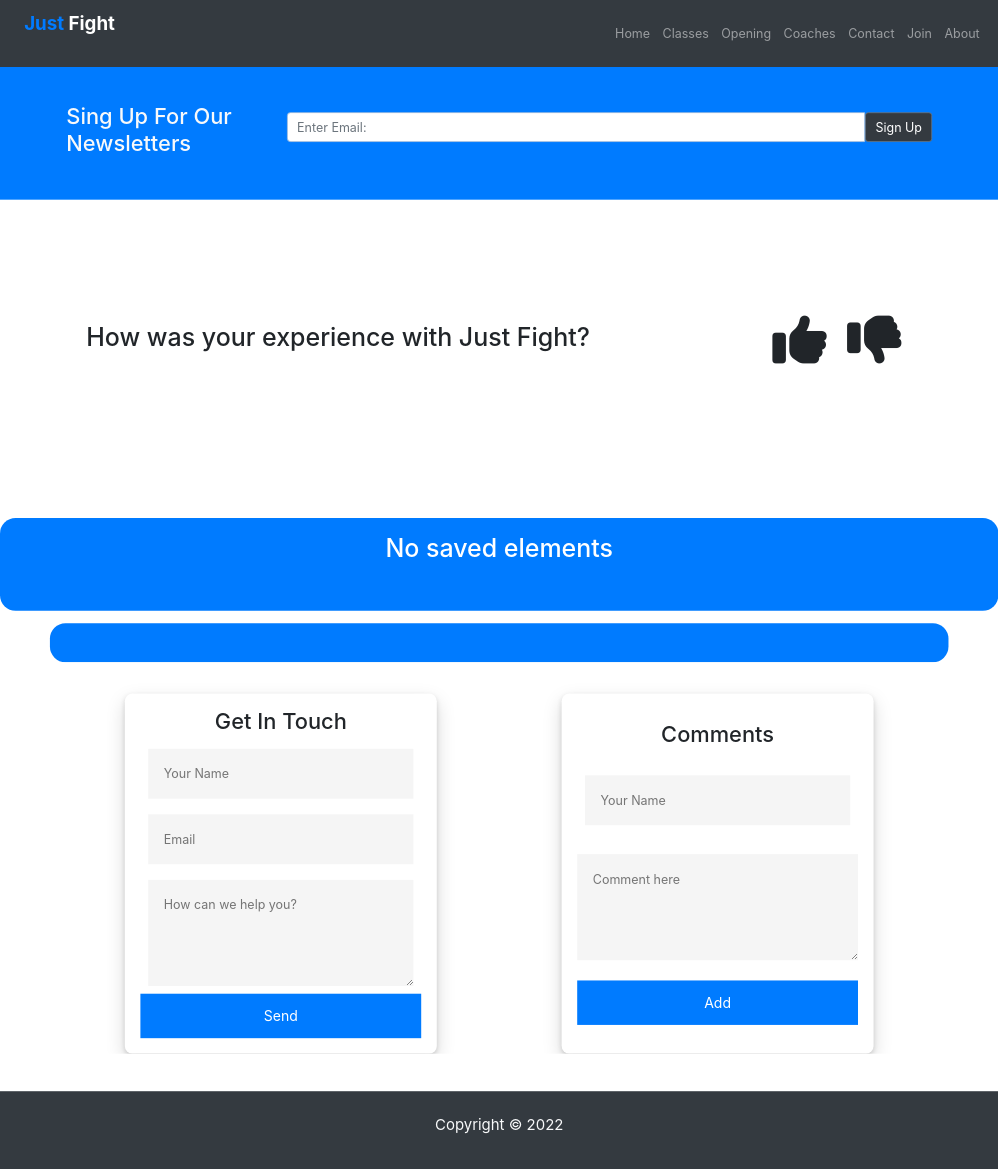
Repository: IonPara/Just-Fight
Page: review.html
An editor plug-in stored every save of this project. The page is shown before and after the next save, followed by the edit.
The browser window is 1280 px wide. The pictures show the whole page, at 78% of full size.
Some web libraries are served in a nearby version.

Above is the page before, as saved 2023-03-13 16:58:17.
Console error: ReferenceError: emailjs is not defined

### review.html
<!DOCTYPE html>
<html lang="en">

<head>
  <meta charset="utf-8">
  <meta name="viewport" content="width=device-width, initial-scale=1.0">
  <title>Review</title>
  <link href="./Styles/styles.css" rel="stylesheet" type="text/css">
  <link href="./Styles/review.css" rel="stylesheet" type="text/css">
  <link href="./Styles/about.css" rel="stylesheet" type="text/css">
  <!-- Bootstrap link -->
  <link rel="stylesheet" href="https://cdn.jsdelivr.net/npm/bootstrap@4.2.1/dist/css/bootstrap.min.css"
    integrity="sha384-GJzZqFGwb1QTTN6wy59ffF1BuGJpLSa9DkKMp0DgiMDm4iYMj70gZWKYbI706tWS" crossorigin="anonymous">
  <script defer src="./Js/script.js"></script>
</head>

<body>
  <header>
    <!-- ------------Nav bar ------------------------>
    <nav class="navbar navbar-expand-lg navbar-dark bg-dark fixed-top">
      <div class="container pb-4">
        <a class="navbar-brand " id="brand" href="./index.html"><span class="text-primary">Just </span> Fight</a>
        <button class="navbar-toggler" type="button" data-toggle="collapse" data-target="#navbarSupportedContent"
          aria-controls="navbarSupportedContent" aria-expanded="false" aria-label="Toggle navigation">
          <span class="navbar-toggler-icon"></span>
        </button>
      </div>
      <!-- It will expand on large screen and collapse on medium and smaller screens-->
      <div class="collapse navbar-collapse" id="navbarSupportedContent">
        <ul class="navbar-nav justify-content-end">
          <li class="nav-item">
            <a class="nav-link" href="./index.html">Home</a>
          </li>
          <li class="nav-item">
            <a class="nav-link" href="./index.html#ourClasses">Classes</a>
          </li>
          <li class="nav-item">
            <a class="nav-link" href="./index.html#openingHours">Opening</a>
          </li>
          <li class="nav-item">
            <a class="nav-link" href="./index.html#coaches">Coaches</a>
          </li>
          <li class="nav-item">
            <a class="nav-link" href="./index.html#contact">Contact</a>
          </li>
          <li class="nav-item">
            <a class="nav-link" href="./plans.html">Join</a>
          </li>
          <li class="nav-item">
            <a class="nav-link" href="./about.html">About</a>
          </li>

        </ul>
      </div>
    </nav>
  </header>

  <div class="empty-space"></div>
  <!-- Sign up for newsletters section -->
  <div class="bg-primary text-light p-5">
    <div class="container">
      <div class="d-md-flex justify-content-between align-items-center">
        <h3 class="mb3-mb-md-0">
          Sing Up For Our Newsletters
        </h3>
        <div class="input-group mb-3">
          <input type="text" class="form-control newsletter-input" placeholder="Enter Email:"
            aria-label="Recipient's username" aria-describedby="button-addon2">
          <button class="btn  btn-outline-secondary bg-dark text-white" type="button" id="button-addon2">
            Sign Up
          </button>
        </div>
      </div>
    </div>
  </div>
  <!-- Like, dislike section---------------- -->
  <section class="section1">
    <div class="experience">
      <div class="exp-head">
        <h2>How was your experience with Just Fight?</h2>
      </div>

      <div class="icons">
        <i class="fa-solid fa-thumbs-up fa-beat fa-2xl" id="thumb-up"
          onclick="changeColor(thumbUp, `Learning defense improves the attack. If the lion knows how the prey can escape, it will capture it in a much more precise way. Rillion Gracie`)">
        </i>
        <i class="fa-solid fa-thumbs-down fa-beat fa-2xl" id="thumb-down"
          onclick="changeColor(thumbDown, `Looks like you don't enjoy martial arts!`)">
        </i>
      </div>
    </div>
  </section>

  <!-- Save for later section -->
  <section class="saved-items  section2">
    <div class="section2-container bg-primary">
      <h2 class="not-saved  mt-5 mb-0">No saved elements</h2>
      <!-- First Box -->
      <h2 class="saved-items-heading  mt-5 mb-0">Save for later section</h2>
      <div class="plans ">

        <!-- First box -->
        <ul class="container">
          <li class="package bronze bg-light">
            <h3 class="remove bronze text-right">x</h3>
            <h2 class="table-header">Bronze Package</h2>
            <p class="pricing text-center">£10/Month</p>
            <ul class="table-option">
              <li>5 Sessions a Month</li>
              <li>10 Gym Sessions</li>
            </ul>
            <button type="button" class="btn m-2 bg-primary text-white">Get Started Now</button>
          </li>

          <!-- Second -->
          <li class="package gold bg-light">
            <h3 class="remove gold text-right ">x</h3>
            <h2 class="table-header">Gold Package</h2>
            <p class="pricing text-center">£19/Month</p>
            <ul class="table-option">
              <li>5 Sessions a Month</li>
              <li>Unlimited Gym Sessions</li>
            </ul>
            <button type="button" class="btn m-2 bg-primary text-white">Get Started Now</button>
          </li>

          <!-- Third Box -->
          <li class="package platinum bg-light">
            <h3 class="remove platinum text-right">x</h3>
            <h2 class="table-header">Platinum Package</h2>
            <p class="pricing text-center">£49/Month</p>
            <ul class="options">
              <li>Unlimited Sessions</li>
              <li>Unlimited Gym Sessions</li>
            </ul>
            <button type="button" class="btn m-2 bg-primary text-white">Get Started Now</button>
          </li>

        </ul>
      </div>

    </div>

    <div class="articles-container bg-primary">

    </div>
  </section>
  <!-- Comments and Get in touch section -->
  <section class="section3">
    <div class="contact-form">
      <!-- Get in touch form -->
      <form id="contact-form">
        <h3 class="text-center">Get In Touch</h3>
        <input type="hidden" name="contact_number">
        <input type="text" name="user_name" placeholder="Your Name" id="contact-name">
        <input type="email" name="user_email" placeholder="Email" id="contact-email">
        <textarea name="message" rows="4" placeholder="How can we help you?" id="message"></textarea>
        <button class="btn-primary" type="submit" value="Send">Send</button>
      </form>
      <!-- Comments form -->
      <form class="comments">
        <h3 class="text-center">Comments</h3>
        <input type="text" name="name" placeholder="Your Name" id="name">
        <textarea id="comment" class='comment ml-0' name="message" rows="4" placeholder="Comment here"></textarea>
        <button type="button" class="btn-primary" onclick="addComment(textValue, nValue), addToTheArray()">Add</button>
      </form>
    </div>
    <!-- Here will be added the comments -->
    <div class="comment-container">

    </div>
  </section>

  <!-- Footer -->
  <footer class="bg-dark text-center text-light mt-5">
    <p>Copyright &copy; 2022</p>
  </footer>
  <!-- Here are the scripts for the contact form -->
  <!-- These scripts are from the https://www.emailjs.com/docs/tutorial/adding-email-service/  -->
  <script type="text/javascript" src="https://cdn.jsdelivr.net/npm/@emailjs/browser@3/dist/email.min.js"></script>
  <script type="text/javascript">
    (function () {
      // https://dashboard.emailjs.com/admin/account
      emailjs.init('WkZreCmCmN4lp-y7L');
    })();
  </script>
  <!-- Script for the icons -->
  <script src="https://kit.fontawesome.com/c8658b1f7b.js" crossorigin="anonymous"></script>
  <script src="https://code.jquery.com/jquery-3.3.1.slim.min.js"
    integrity="sha384-q8i/X+965DzO0rT7abK41JStQIAqVgRVzpbzo5smXKp4YfRvH+8abtTE1Pi6jizo"
    crossorigin="anonymous"></script>
  <script src="https://cdn.jsdelivr.net/npm/popper.js@1.14.6/dist/umd/popper.min.js"
    integrity="sha384-wHAiFfRlMFy6i5SRaxvfOCifBUQy1xHdJ/yoi7FRNXMRBu5WHdZYu1hA6ZOblgut"
    crossorigin="anonymous"></script>
  <script src="https://cdn.jsdelivr.net/npm/bootstrap@4.2.1/dist/js/bootstrap.min.js"
    integrity="sha384-B0UglyR+jN6CkvvICOB2joaf5I4l3gm9GU6Hc1og6Ls7i6U/mkkaduKaBhlAXv9k"
    crossorigin="anonymous"></script>

</body>

</html>

### Styles/styles.css
body {
    padding: 0;
    margin: none;
}

/*---------------- Top section------------- */
.top-section {
    background-color: black;

}


#brand {
    font-size: 1.5rem;
    font-weight: bolder;
}


#join a:hover, a:visited, a:link {
    text-decoration: wavy;
}

#join:hover {
    background-color: rgb(8, 157, 135);
}

/* Radio button */
.radio-btn {
    width: 100%;
    flex-direction: column;
    display: flex;
    align-items: center;
}

/* ---------------------------Coach------------ */
.container figcaption {
    font-weight: 600;
}

/*------------ Contact Info -----------*/
.location h2 {
    margin-top: 2%;
}

.location .container {
    display: flex;
    justify-content: space-between;
    align-items:center;
    flex-wrap: wrap;
    margin-top: 3%;
}

.list {
    list-style: none;
    font-size: larger;
    font-weight: 400;
    line-height: 2em;
}

.list li {
    border-bottom:1px solid grey;
}

ul a:hover, a:visited, a:link{
    color:black;
    text-decoration: wavy;
}

ul a:hover {
    color:blueviolet;
}

/*  The Map */
.map {
    border-radius: 25%;
}

/* -----------------Cards--------------- */
.card:hover {
    -webkit-transform: scale(0.5);
     transform: scale(1.05);
}

.card {
    box-shadow: 0 10px 25px 0 rgba(0, 0, 0, 0.15), 0 3px 7px 0 rgb(0 0 0 / 15%);
}

.table-container, .classes-container, section {
    overflow-x: hidden;
    min-width: 100%;
}

.image-container, .card-container {
    max-width: 400px !important;
    min-width: 250px;
    margin-left: auto;
    margin-right: auto;
}

.image-container, img{
    object-fit: contain;
}


.contact-element {
    margin-right: auto;
    margin-left: auto;
}

/* -----------------Footer--------------- */
footer p{
    padding: 5vh 0;
    margin-bottom: 0;
    font-size: larger;
    height: 100px;
}


/* ---------------Media screen----------------- */
@media screen and (max-width:1200px) {
    .boxes h3 {
        font-size: 1.2em;
        white-space:pre-wrap;
    }

}

@media screen and (max-width:1000px) {
    .top-section {
        margin-top: 8%;
    }
}


@media screen and (max-width:768px) {

    .newsletter-input {
        width: 50%;
    }

    #table {
        font-size: 0.9rem;
    }

    .map {
        width: 400px;
    }

    .location .container {
        justify-content: center;
    }
}

@media screen and (max-width:600px) {
    .top-section {
        margin-top: 10%;
        min-width: 100%;
    }

    .fight-club {
        min-width: 100% !important;
        margin-top: 5%;
        margin-left: auto;
    }

    .heading-container {
        min-width: 100% !important;
    }

    #join {
        margin-bottom: 5px;
    }
    .table-container {
    }

    .table-container {
        min-width: 100dvw;
        margin-right: 100px !important;
        margin-left: -50px;
    }

    th {
        max-width: 50px;
        padding-right: 2px;;
    }

    td {
        max-width: 55px;

    }

}

### Styles/review.css
*{
    margin: 0;
}

.empty-space {
    height: 85px;
}

/* ------------------Comments and Contact section*/

.contact-form {
    max-width: 100%;
    display: flex;
    justify-content: space-evenly;
}

#contact-form, .comments {
    box-shadow: 0 10px 25px 0 rgb(0 0 0 / 15%), 0 3px 7px 0 rgb(0 0 0 / 15%);
    display: flex;
    flex-direction: column;
    padding-top: 20%;
    padding: 20px;
    width: 100%;
    max-width: 400px;
    min-height: 380px;
    border-radius: 10px;
    background-color: white;
    margin-top: 40px;
}

.comments {
    display: flex;
    flex-direction: column;
    justify-content: space-evenly;
}

.comments textarea {
    width: 100%;
}

.comment-container {
    display: flex;
    display: none;
    min-height: 200px;
    min-width: 400px;
    max-width: 600px;
    padding: 20px;
    margin: auto;
    margin-top: 100px;
    background: #f9f6f6;
}

.comment-container div {
    box-shadow: 0 10px 25px 0 rgb(0 0 0 / 15%), 0 3px 7px 0 rgb(0 0 0 / 15%);
    padding: 20px;
}

.comment-container h6 {
    text-align: right;
}


form input, form textarea {
    border: 0;
    margin: 10px;
    padding: 20px;
    outline: none;
    background: #f5f5f5;
    font-size: 16px;
}

form button {
    border:0;
    padding: 15px;
    color:fff;
    font-size: 18px;
    outline: none;
    cursor: pointer;
}

.section3 {
    display: flex;
    flex-direction: column;
}

/* ----------------------------Like dislike section----------------- */

.experience {
    display: flex;
    justify-content: space-around;
    align-items: center;
    min-height: 50vh;
}
.icons {
    width: 15vw;
    display: flex;
    justify-content: space-around;
}

.icons i {
    font-size: 70px;
    cursor: pointer;
}

.experience p {
    max-width: 30vw;
    font-style: italic;
    font-size: larger;
    font-weight: 600;
}


/* -----------------Save for later section--------------- */
.saved-items .not-saved, .saved-items-heading {
    color:white;
    text-align: center;
    padding: 20px;
}

.saved-items-heading {
    display: none;
}

.package {
    box-shadow: 0 10px 25px 0 rgb(0 0 0 / 15%), 0 3px 7px 0 rgb(0 0 0 / 15%);
    width: 280px;
    height: 300px;
    display: flex;
    flex-direction: column;
    justify-content: space-around;
    border-radius: 10px;
    padding: 5px;
  }


  .plans .container {
    display: flex;
    justify-content: space-around;
    padding: 20px;
  }

  .section2-container {
    border-radius: 20px;
  }
  .remove:hover {
    cursor: pointer;
  }

/* -----------------------Articles items from save for later section */
  .articles-container {
    padding-bottom: 50px;
    display: flex;
    flex-wrap: wrap;
    margin-top: 5px;
    border-radius: 20px;
  }

  .item {
    border-radius: 10px;
    background-color: whitesmoke;
    margin: 20px auto 0 auto;
    max-width: 300px;
    min-width: 300px;
    min-height: 300px;
  }

  .section2, .articles-container {
    max-width: 90vw;
    margin: auto;
  }

  footer {
    margin-top: 300px;
    width: 100%;
    color: white;
    text-align: center;
    clear: both;
  }
/* ------------------Media queries for screens smaller than 1000px------------------- */
  @media screen and (max-width:1000px) {
    .experience p {
        max-width: 60vw;
    }
}

/* ------------------Media queries for screens smaller than 800px------------------- */
@media screen and (max-width:800px) {
    .experience p {
        max-width: 90%;
    }

    .articles-container {
        flex-wrap: wrap;
    }

    .comments, #contact-form {
        width: 300px
    }

    .plans .container {
        flex-wrap: wrap;
    }

    .experience {

        flex-wrap: wrap;
    }

    .exp-head {
        margin-left: 20px;
    }

    .package {
        margin-top: 10px;
    }

}

/* ------------------Media queries for screens smaller than 400px------------------- */
@media screen and (max-width:600px) {
    .contact-form {
      display: flex;
      flex-wrap: wrap;
    }

    .comment-container {
        margin-top: 550px;
    }
    .experience h2 {
        font-size: 1.8rem;
      }

      .experience p {
        max-width: 95%;
    }

  }

### Styles/about.css
#brand {
    font-size: 1.5rem;
    font-weight: bolder;
  }

  /* Sign Up for Newsletters section */
.sign-up {
    padding:30px;
    margin-top: 80px;
}

/* Martial arts boxes */
.martial-arts {
    margin-top: 50px;
    width: 100%;
    display: flex;
    justify-content: space-around;
}

 .item {
    padding: 20px;
    width: 30%;
    box-shadow: 0 10px 25px 0 rgb(0 0 0 / 15%), 0 3px 7px 0 rgb(0 0 0 / 15%);
}

.martial-arts .item:hover, .description:hover {
    -webkit-transform: scale(0.5);
        transform: scale(1.05);
}


/* Just Fight Description */
.description {
    padding: 20px;
    box-shadow: 0 10px 25px 0 rgb(0 0 0 / 15%), 0 3px 7px 0 rgb(0 0 0 / 15%);
}



/* Footer Section */
footer p{
    padding: 4vh 0;
    margin-bottom: 0;
    font-size: larger;
    height: 100px;
}
/* ---------Media Screen */

@media screen and (max-width:1000px) {
    .martial-arts {
        display: block;
    }

    .martial-arts .item {
        width: 100%;
    }
  }

Loaded but not shown: Js/script.js (350 lines, source omitted)

After the next save:
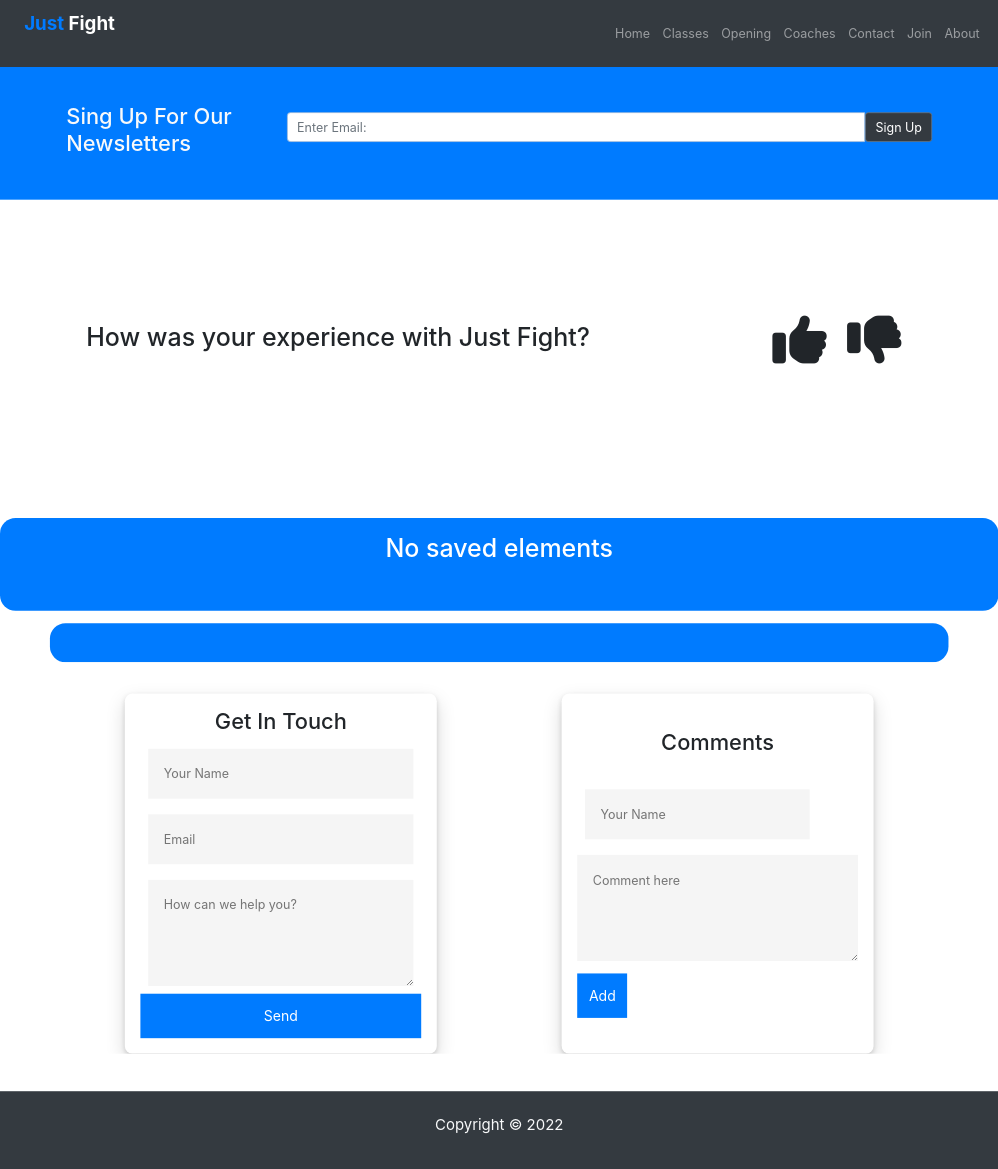
Saved 35 s later.
--- a/review.html
+++ b/review.html
@@ -160,9 +160,13 @@
       <!-- Comments form -->
       <form class="comments">
         <h3 class="text-center">Comments</h3>
-        <input type="text" name="name" placeholder="Your Name" id="name">
-        <textarea id="comment" class='comment ml-0' name="message" rows="4" placeholder="Comment here"></textarea>
-        <button type="button" class="btn-primary" onclick="addComment(textValue, nValue), addToTheArray()">Add</button>
+        <div>
+          <input type="text" name="name" placeholder="Your Name" id="name">
+          <textarea id="comment" class='comment ml-0' name="message" rows="4" placeholder="Comment here"></textarea>
+          <button type="button" class="btn-primary"
+            onclick="addComment(textValue, nValue), addToTheArray()">Add</button>
+
+        </div>
       </form>
     </div>
     <!-- Here will be added the comments -->
